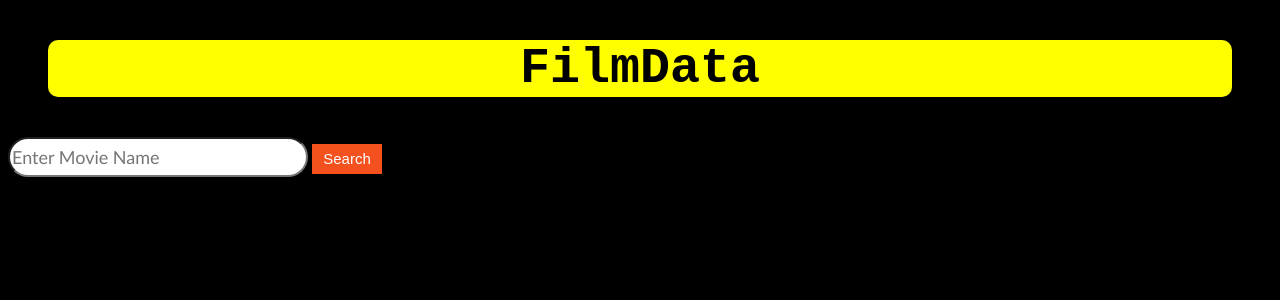
Repository: priyankajainmodi/film_data
Page: index.html
These files come from the project's save history. The page is drawn as it stood at one moment and after the next save; the edit follows.
The browser window is 1280 px wide. The pictures show the whole page.

Above is the page before, as saved 2021-11-17 20:39:47.

After the next save:
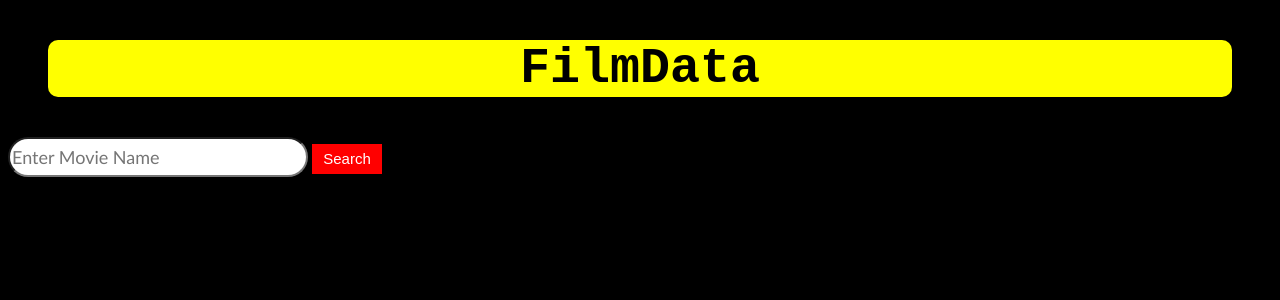
Saved 22 s later.
--- a/index.html
+++ b/index.html
@@ -24,7 +24,7 @@
         }
 
         .button {
-            background-color: #f4511e;
+            background-color: red;
             border: none;
             color: white;
             text-align: center;
